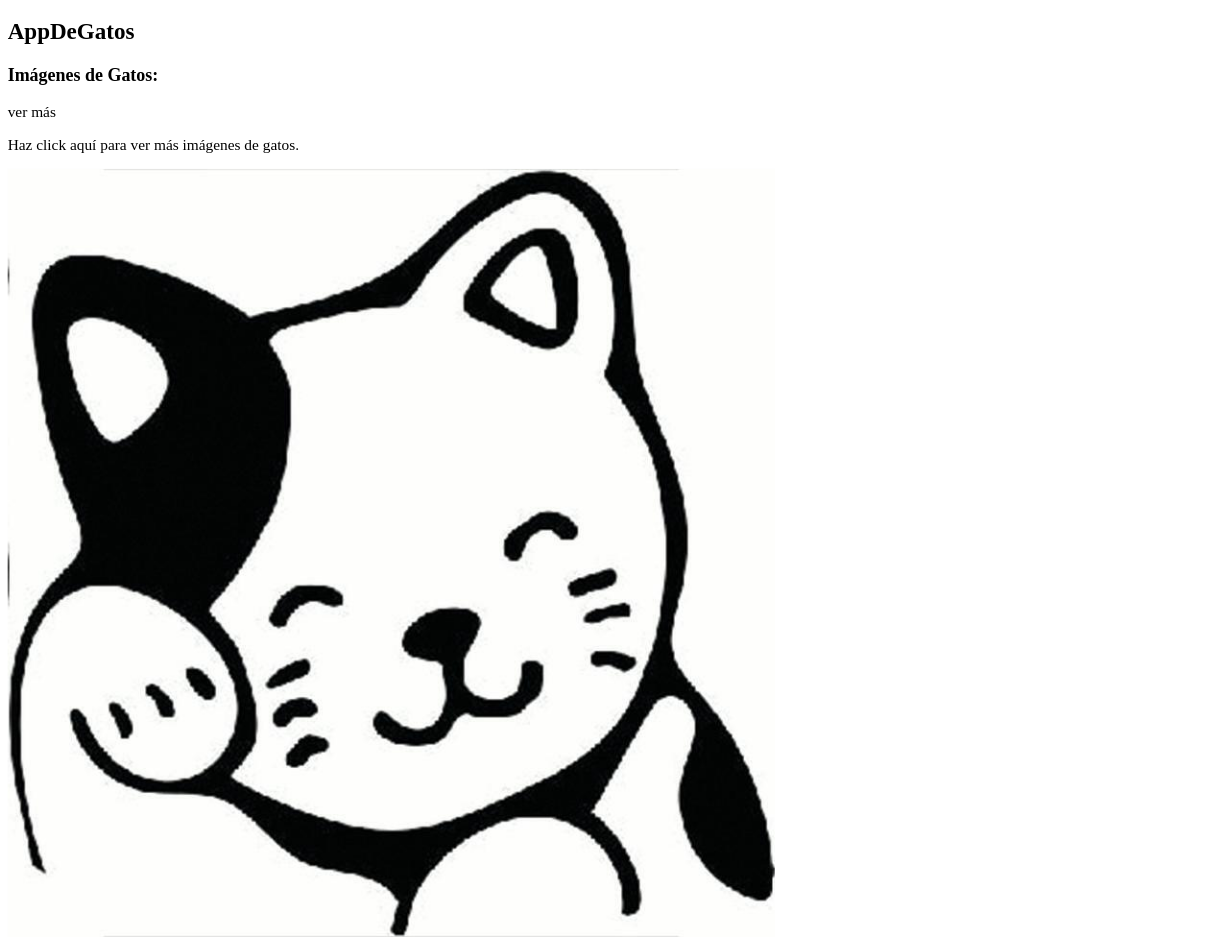
Repository: pedro-donoso/curso-html---css
Page: index.html
The author's editor kept a copy of each file at every save. The page is drawn from the files as they stood at one save, then again after the next save.
The browser window is 1280 px wide. The pictures show the whole page, at 96% of full size.

Above is the page before, as saved 2023-11-03 10:44:31.

After the next save:
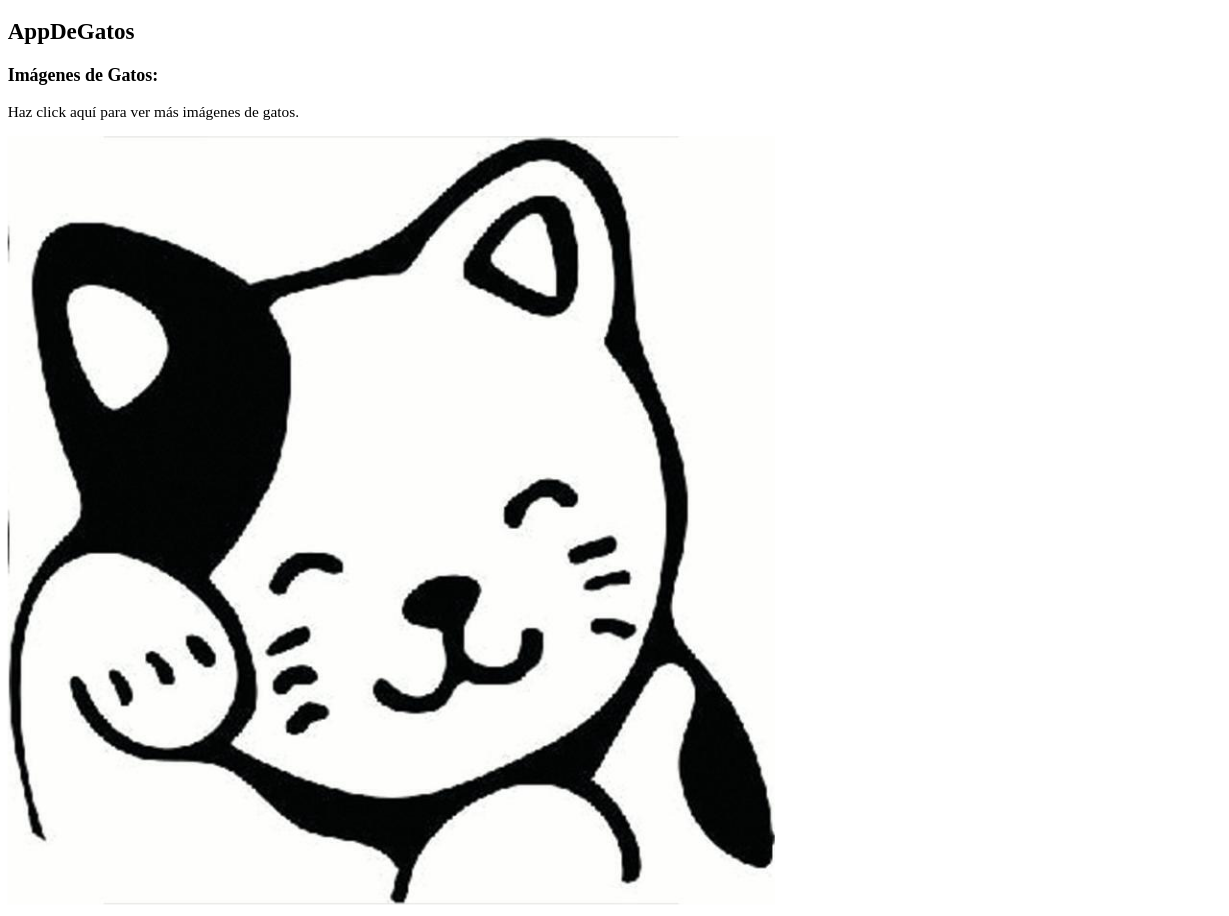
Saved 36 s later.
--- a/index.html
+++ b/index.html
@@ -10,11 +10,7 @@
     <main>
       <h3>Imágenes de Gatos:</h3>
         <!-- TODO: Agregar enlace a imágenes de gatos -->
-        ver más
-
-        <a href=""></a>
-
-          <p>Haz click aquí para ver más imágenes de gatos.</p>
+                 <p>Haz click aquí para ver más imágenes de gatos.</p>
           <img src="./assets/img/gato.jpg" alt="gato">
     </main>
 </body>
